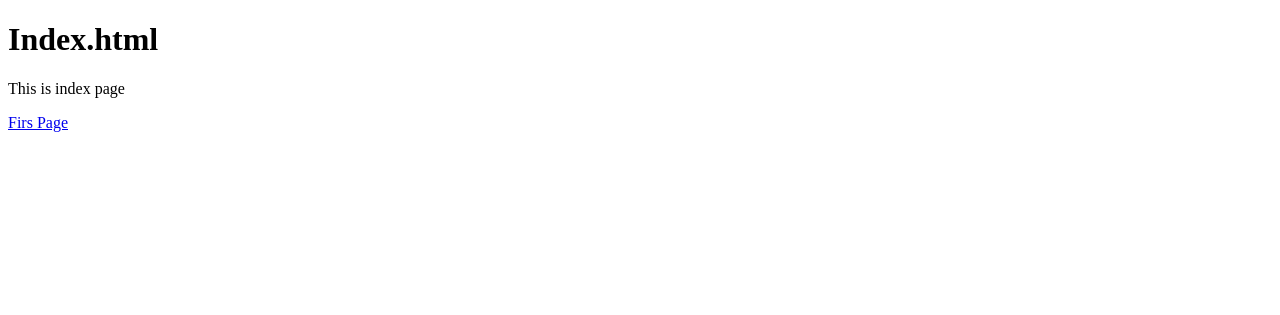
Repository: zlzlzb/EduNodeJS
Page: day3/public/index.html
The author's editor kept a copy of each file at every save. The page is drawn from the files as they stood at one save, then again after the next save.
The browser window is 1280 px wide. The pictures show the whole page.

Above is the page before, as saved 2017-06-14 01:52:30.

After the next save:
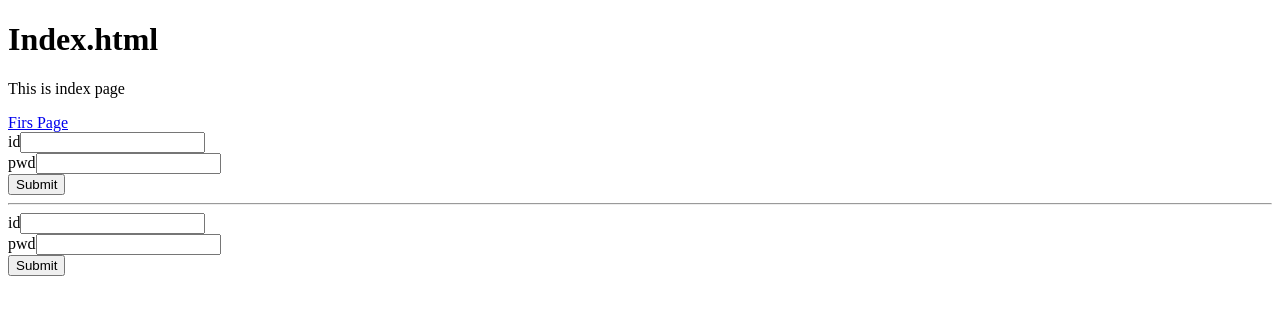
Saved 24 min 10 s later.
--- a/day3/public/index.html
+++ b/day3/public/index.html
@@ -8,5 +8,19 @@
 	<h1>Index.html</h1>
 	<p>This is index page</p>
 	<a href="first.html">Firs Page</a>
+
+	<form action="Login" method="get">
+		<label>id</label><input name="id"/><br/>
+		<label>pwd</label><input name="pwd" type="password"/><br/>
+		<input type = 'submit'/>
+	</form>
+	<hr/>
+	<form action="Login" method="post">
+		<label>id</label><input name="id"/><br/>
+		<label>pwd</label><input name="pwd" type="password"/><br/>
+		<input type = 'submit'/>
+	</form>
+
+
 </body>
 </html>
